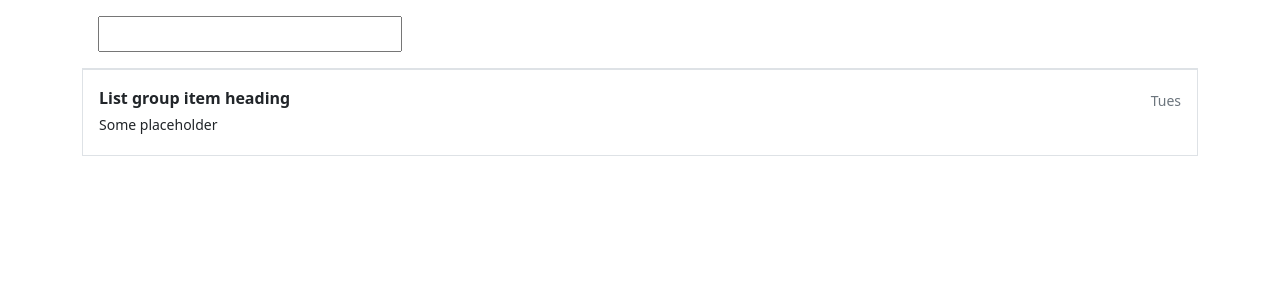
Repository: CSCI201-G32/StudyGroups
Page: / (app in react-chat/)
These files come from the project's save history. The page is drawn as it stood at one moment and after the next save; the edit follows.
The browser window is 1280 px wide. The pictures show the whole page.
The project was rebuilt for these pictures with package versions that can differ from the ones it lists, and the page was loaded fresh each time. Also part of the build but not shown: react-chat/src/index.css.

Above is the page before, as saved 2023-11-16 07:50:24.

### react-chat/src/App.js
import {useState} from "react";

function App() {
  const[username, setUsername] = useState('username');

  return (
    <div className="container">
      <div className="d-flex flex-column align-items-stretch flex-shrink-0 bg-white">
        <a href="/"
        className="d-flex align-items-center flex-shrink-0 p-3 link-dark text-decoration-none border-bottom">
          <input className="fs-5 fw-semibold"/>
        </a>
      <div className="list-group list-group-flush border bottom scrollarea">
        <div className="list-group-item list-group-item-action py-3 lh-tight">
          <div className="d-flex w-100 align-items-center justify-content-between">
            <strong className="mb-1">List group item heading</strong>
            <small className="text-muted">Tues</small>
          </div>
          <div className="col-10 mb-1 small">Some placeholder</div>
        </div>
      </div>
      </div>
    </div>
  );
}

export default App;

Loaded but not shown: react-chat/public/index.html (common file); react-chat/src/index.js (common file); react-chat/src/reportWebVitals.js (common file)

After the next save:
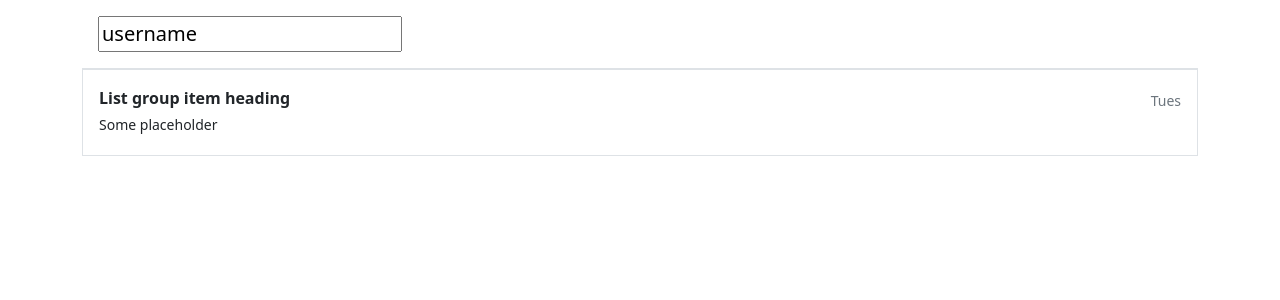
Saved 24 s later.
--- a/react-chat/src/App.js
+++ b/react-chat/src/App.js
@@ -8,7 +8,7 @@ function App() {
       <div className="d-flex flex-column align-items-stretch flex-shrink-0 bg-white">
         <a href="/"
         className="d-flex align-items-center flex-shrink-0 p-3 link-dark text-decoration-none border-bottom">
-          <input className="fs-5 fw-semibold"/>
+          <input className="fs-5 fw-semibold" value={username}/>
         </a>
       <div className="list-group list-group-flush border bottom scrollarea">
         <div className="list-group-item list-group-item-action py-3 lh-tight">
